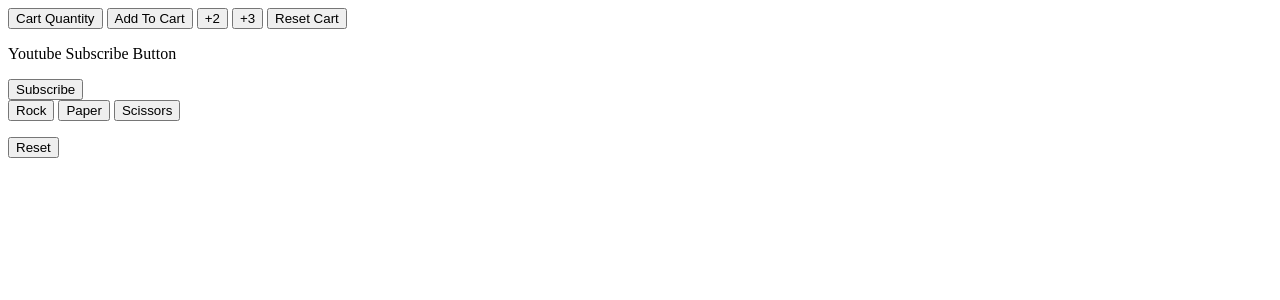
Repository: EguJaredoBoyd/Jared-Learning-Projects
Page: javascript-tutorial.html
These files come from the project's save history. The page is drawn as it stood at one moment and after the next save; the edit follows.
The browser window is 1280 px wide. The pictures show the whole page.
After loading, the first visible `button[onclick="selectReset()"]` was clicked once.

Above is the page before, as saved 2025-07-04 22:20:02.

### javascript-tutorial.html
<!DOCTYPE html>
<html lang="en">
<head>
    <meta charset="UTF-8">
    <meta name="viewport" content="width=device-width, initial-scale=1.0">
    <title>Document</title>
    <script src="javacript-tutorial.js" defer></script>
</head>
<body>
    <main>
        <section>
            <button onclick="cartDisplay()">Cart Quantity</button>
            <button onclick="addCart();
            cartDisplay()">Add To Cart</button>
            <button onclick="addCart2();
            cartDisplay()">+2</button>
            <button onclick="addCart3();
            cartDisplay()">+3</button>
            <button onclick="cartReset();
            cartDisplay()">Reset Cart</button>

            <p id="cart-quantity"></p>
            <p>Youtube Subscribe Button</p>
            <button onclick="subscribe()" class="sub-button">Subscribe</button>
        </section>

        <section>
            <button onclick="selectRock()" class="rock">Rock</button>
            <button onclick="selectPaper()">Paper</button>
            <button onclick="selectScissors()">Scissors</button>
            <p class="win-paragraph"></p>
            <p class="move-paragraph"></p>
            <p class="score-paragraph"></p>
            <button onclick="selectReset()">Reset</button>
        </section>
    </main>

</body>
</html>

### javacript-tutorial.js
let cartQuantity = 0;
function cartDisplay(){
    document.getElementById('cart-quantity').innerHTML = cartQuantity;
};

function addCart(){
    cartQuantity = cartQuantity + 1;
};

function addCart2(){
    cartQuantity += 2;
};

function addCart3(){
    cartQuantity += 3;
};

function cartReset(){
    alert("Cart has been reset");
    cartQuantity = 0;
};

function subscribe () {
    let subClick = document.querySelector('.sub-button');
        if (subClick.innerHTML === 'Subscribe') {
            subClick.innerHTML = 'Subscribed';
        } else{
            subClick.innerHTML = 'Subscribe'

        }
    }




let computerMove = '';
let score = {
    wins: 0,
    losses: 0,
    ties: 0
};

// ✅ Fix 1: Load saved score if it exists in localStorage
const storage = localStorage.getItem('gameScore');
if (storage) {
    score = JSON.parse(storage);
}

console.log(score); // Optional: Just to confirm score is loaded

function selectRock() {
    // ✅ Fix 2: New random number every time the function runs
    let randomNumber = Math.random();

    if (randomNumber >= 0 && randomNumber < 1 / 3) {
        computerMove = 'rock';
    } else if (randomNumber >= 1 / 3 && randomNumber < 2 / 3) {
        computerMove = 'paper';
    } else {
        computerMove = 'scissors';
    }

    let result = '';
    if (computerMove === 'rock') {
        result = 'tie';
    } else if (computerMove === 'paper') {
        result = 'lose';
    } else if (computerMove === 'scissors') {
        result = 'win';
    }

    let newResult = '';
    if (result === 'win') {
        score.wins += 1;
        newResult = 'wins!';
    } else if (result === 'lose') {
        score.losses += 1;
        newResult = 'losses!';
    } else {
        score.ties += 1;
        newResult = 'ties!';
    }

    // ✅ Fix 3: Save updated score to localStorage
    localStorage.setItem('gameScore', JSON.stringify(score));

    let newScore, valueOne, valueTwo, outcomeOne, outcomeTwo;

    if (newResult === 'wins!') {
        newScore = score.wins;
        valueOne = score.losses;
        outcomeOne = 'losses';
        valueTwo = score.ties;
        outcomeTwo = 'ties';
    } else if (newResult === 'losses!') {
        newScore = score.losses;
        valueOne = score.wins;
        outcomeOne = 'wins';
        valueTwo = score.ties;
        outcomeTwo = 'ties';
    } else {
        newScore = score.ties;
        valueOne = score.wins;
        outcomeOne = 'wins';
        valueTwo = score.losses;
        outcomeTwo = 'losses';
    }

    alert(`You picked rock and the computer picked ${computerMove}, you ${result}!
You have ${newScore} ${newResult}, ${valueOne} ${outcomeOne}, and ${valueTwo} ${outcomeTwo}`);

    let rock = document.querySelector('.win-paragraph');
    rock.innerHTML = (`You picked rock and the computer picked ${computerMove}, you ${result}!
    You have ${newScore} ${newResult}, ${valueOne} ${outcomeOne}, and ${valueTwo} ${outcomeTwo}`);

}

function selectPaper() {
    let randomNumber = Math.random();

    if (randomNumber >= 0 && randomNumber < 1 / 3) {
        computerMove = 'rock';
    } else if (randomNumber >= 1 / 3 && randomNumber < 2 / 3) {
        computerMove = 'paper';
    } else {
        computerMove = 'scissors';
    }

    let result = '';
    if (computerMove === 'paper') {
        result = 'tie';
    } else if (computerMove === 'scissors') {
        result = 'lose';
    } else if (computerMove === 'rock') {
        result = 'win';
    }

    let newResult = '';
    if (result === 'win') {
        score.wins += 1;
        newResult = 'wins!';
    } else if (result === 'lose') {
        score.losses += 1;
        newResult = 'losses!';
    } else {
        score.ties += 1;
        newResult = 'ties!';
    }

    localStorage.setItem('gameScore', JSON.stringify(score));

    let newScore, valueOne, valueTwo, outcomeOne, outcomeTwo;

    if (newResult === 'wins!') {
        newScore = score.wins;
        valueOne = score.losses;
        outcomeOne = 'losses';
        valueTwo = score.ties;
        outcomeTwo = 'ties';
    } else if (newResult === 'losses!') {
        newScore = score.losses;
        valueOne = score.wins;
        outcomeOne = 'wins';
        valueTwo = score.ties;
        outcomeTwo = 'ties';
    } else {
        newScore = score.ties;
        valueOne = score.wins;
        outcomeOne = 'wins';
        valueTwo = score.losses;
        outcomeTwo = 'losses';
    }

    alert(`You picked paper and the computer picked ${computerMove}, you ${result}!
You have ${newScore} ${newResult}, ${valueOne} ${outcomeOne}, and ${valueTwo} ${outcomeTwo}`);

    let paper = document.querySelector('.win-paragraph');
        paper.innerHTML = `You picked paper and the computer picked ${computerMove}, you ${result}!
You have ${newScore} ${newResult}, ${valueOne} ${outcomeOne}, and ${valueTwo} ${outcomeTwo}`


}

function selectScissors() {
    let randomNumber = Math.random();

    if (randomNumber >= 0 && randomNumber < 1 / 3) {
        computerMove = 'rock';
    } else if (randomNumber >= 1 / 3 && randomNumber < 2 / 3) {
        computerMove = 'paper';
    } else {
        computerMove = 'scissors';
    }

    let result = '';
    if (computerMove === 'scissors') {
        result = 'tie';
    } else if (computerMove === 'rock') {
        result = 'lose';
    } else if (computerMove === 'paper') {
        result = 'win';
    }

    let newResult = '';
    if (result === 'win') {
        score.wins += 1;
        newResult = 'wins!';
    } else if (result === 'lose') {
        score.losses += 1;
        newResult = 'losses!';
    } else {
        score.ties += 1;
        newResult = 'ties!';
    }

    localStorage.setItem('gameScore', JSON.stringify(score));

    let newScore, valueOne, valueTwo, outcomeOne, outcomeTwo;

    if (newResult === 'wins!') {
        newScore = score.wins;
        valueOne = score.losses;
        outcomeOne = 'losses';
        valueTwo = score.ties;
        outcomeTwo = 'ties';
    } else if (newResult === 'losses!') {
        newScore = score.losses;
        valueOne = score.wins;
        outcomeOne = 'wins';
        valueTwo = score.ties;
        outcomeTwo = 'ties';
    } else {
        newScore = score.ties;
        valueOne = score.wins;
        outcomeOne = 'wins';
        valueTwo = score.losses;
        outcomeTwo = 'losses';
    }

    alert(`You picked scissors and the computer picked ${computerMove}, you ${result}!
You have ${newScore} ${newResult}, ${valueOne} ${outcomeOne}, and ${valueTwo} ${outcomeTwo}`);

    let scissors = document.querySelector('.win-paragraph');
    scissors.innerHTML = (`You picked scissors and the computer picked ${computerMove}, you ${result}!
You have ${newScore} ${newResult}, ${valueOne} ${outcomeOne}, and ${valueTwo} ${outcomeTwo}`);

}

function selectReset() {
    score = {
        wins: 0,
        losses: 0,
        ties: 0
    };

    // ✅ Fix 4: Clear the score from localStorage too
    localStorage.removeItem('gameScore');

    alert(`Your score has been reset.`);
}

After the next save:
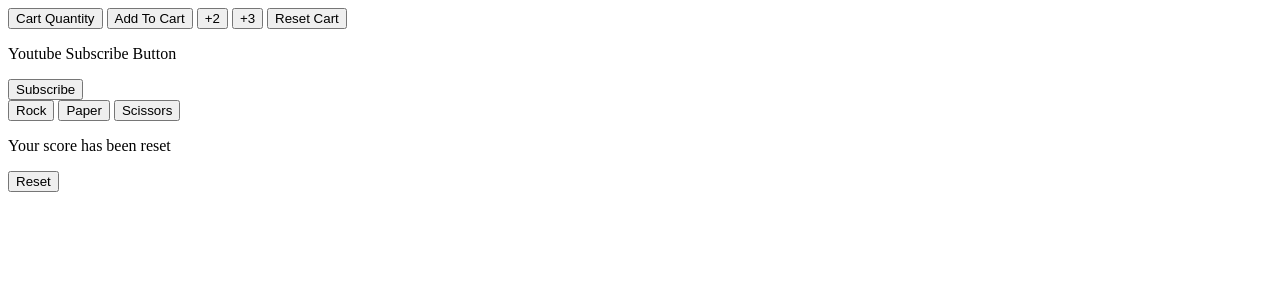
Saved 4 min 7 s later.
--- a/javacript-tutorial.js
+++ b/javacript-tutorial.js
@@ -257,4 +257,7 @@
     localStorage.removeItem('gameScore');
 
     alert(`Your score has been reset.`);
-}
+
+    let scoreReset = document.querySelector('.win-paragraph');
+    scoreReset.innerHTML = ('Your score has been reset');
+}
